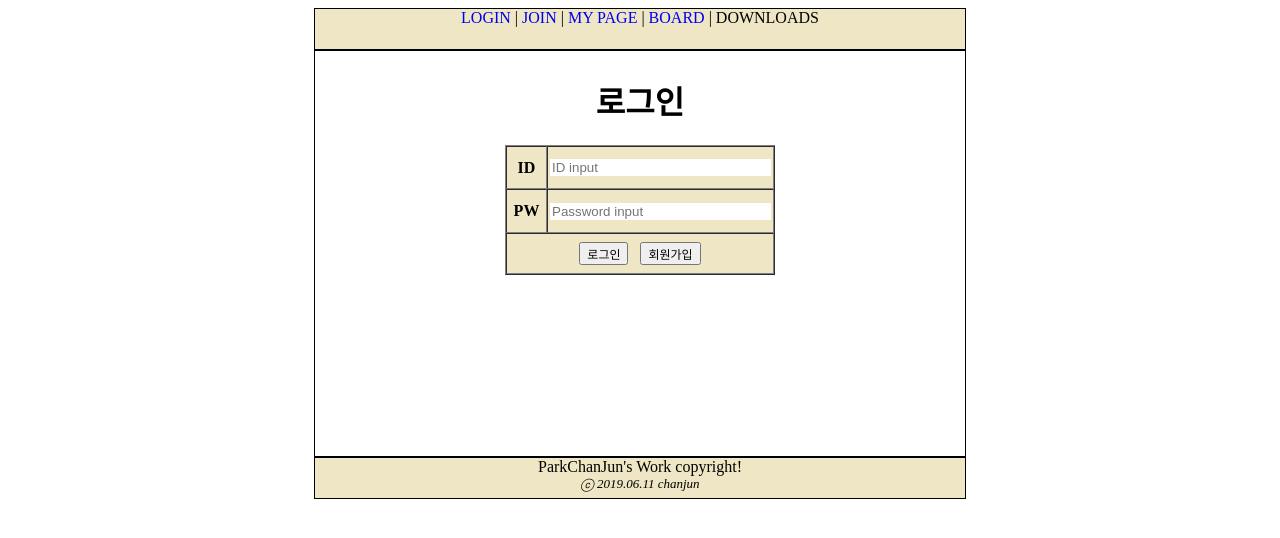
Repository: slolee/Spring-Board
Page: http://localhost/spring_project/WEB-INF/views/member/loginView.jsp
The author's editor kept a copy of each file at every save. The page is drawn from the files as they stood at one save, then again after the next save.
The browser window is 1280 px wide. The pictures show the whole page.
The page is served by Tomcat 9. Nobody is signed in. The template is opened directly, without the code that normally fills it, so the values that code supplies are empty.

Above is the page before, as saved 2019-06-17 02:36:43.

After the next save:
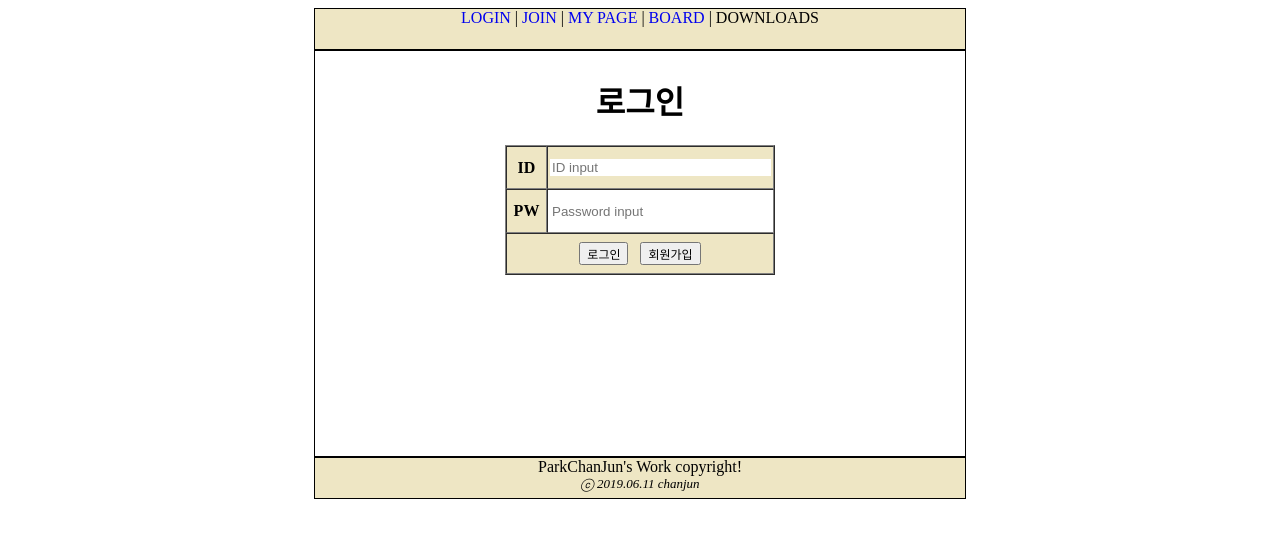
Saved 79 s later.
--- a/spring_project/src/main/webapp/WEB-INF/views/member/loginView.jsp
+++ b/spring_project/src/main/webapp/WEB-INF/views/member/loginView.jsp
@@ -16,9 +16,9 @@
 			</tr>
 			<tr>
 				<th width="45px">PW</th>
-				<th>
+				<td>
 					<input type="password" name="pw" placeholder="Password input" maxlength="20" size="25" required>
-				</th>
+				</td>
 			</tr>
 			<tr>
 				<th colspan="2" align="center" height="35px">
